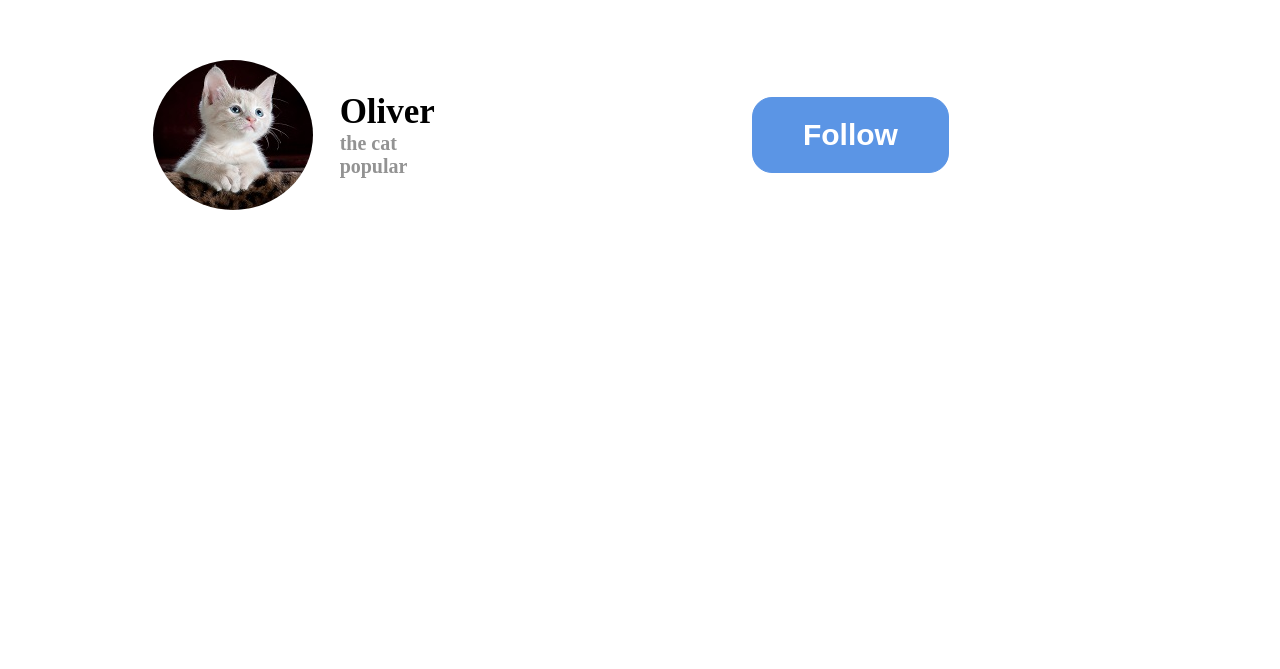
Repository: arifshahriyarnader/css-flexbox
Page: Exercise 4/index.html
The author's editor kept a copy of each file at every save. The page is drawn from the files as they stood at one save, then again after a run of saves.
The browser window is 1280 px wide. The pictures show the whole page.

Above is the page before, as saved 2024-06-21 11:45:37.

After the next 2 saves:
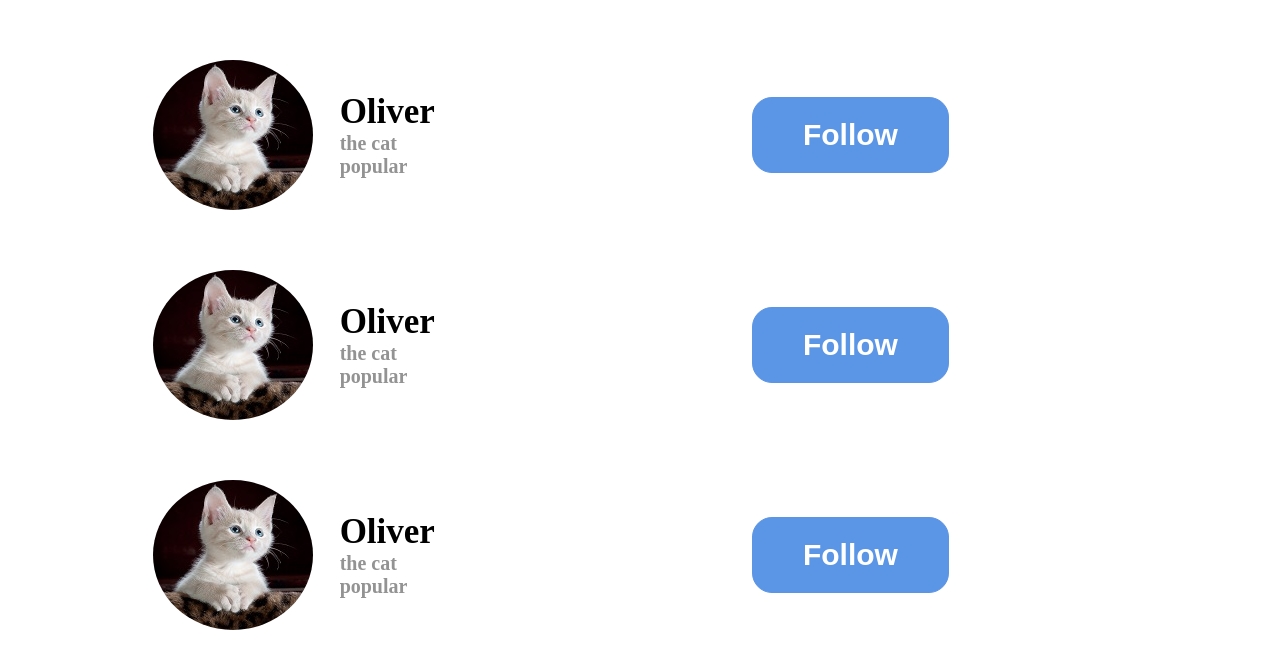
The 2 saves are shown as one change because they came seconds apart.
The last was saved 21 s later.
--- a/Exercise 4/index.html
+++ b/Exercise 4/index.html
@@ -37,5 +37,64 @@
             <div></div>
         </div>
 
+        <div class="follow">
+            <img src="images/cat1.jpg" alt="cat 1" class="follow_img">
+            <div class="follow_content">
+                <h3>Oliver</h3>
+                <p>the cat</p>
+                <p>popular</p>
+            </div>
+            <div></div>
+            <div></div>
+            <div></div>
+            <div></div>
+            <div></div>
+            <div></div>
+            <div></div>
+            <div></div>
+            <div></div>
+            <div></div>
+            <div></div>
+            <button type="submit" class="btn">Follow</button>
+            <div></div>
+            <div></div>
+            <div></div>
+            <div></div>
+            <div></div>
+            <div></div>
+            <div></div>
+            <div></div>
+            <div></div>
+        </div>
+
+        <div class="follow">
+            <img src="images/cat1.jpg" alt="cat 1" class="follow_img">
+            <div class="follow_content">
+                <h3>Oliver</h3>
+                <p>the cat</p>
+                <p>popular</p>
+            </div>
+            <div></div>
+            <div></div>
+            <div></div>
+            <div></div>
+            <div></div>
+            <div></div>
+            <div></div>
+            <div></div>
+            <div></div>
+            <div></div>
+            <div></div>
+            <button type="submit" class="btn">Follow</button>
+            <div></div>
+            <div></div>
+            <div></div>
+            <div></div>
+            <div></div>
+            <div></div>
+            <div></div>
+            <div></div>
+            <div></div>
+        </div>
 </body>
 </html>
